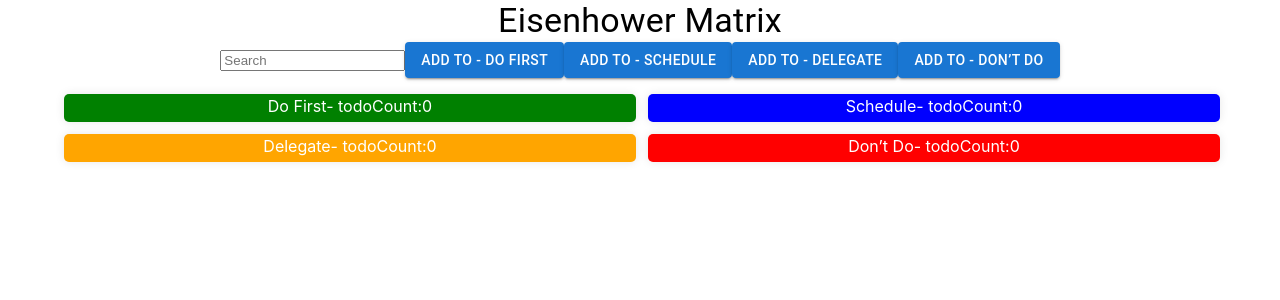
Repository: GokulDev4U/Krixi_react_assignment
Page: /
An editor plug-in stored every save of this project. The page is shown before and after the next save, followed by the edit.
The browser window is 1280 px wide. The pictures show the whole page.
The project was rebuilt for these pictures with package versions that can differ from the ones it lists, and the page was loaded fresh each time.

Above is the page before, as saved 2022-04-04 16:12:36.

### src/App.js
import React, { useState } from "react";
import { Container, Grid, Button, Typography } from "@mui/material";
import Card from "./Components/card/Card";
import { useDispatch } from "react-redux";
import { addDoFirst } from "./features/todo/todoSlice";
import { addSchedule } from "./features/todo/todoScheduleSlice";
import { addDelegate } from "./features/todo/todoDelegateSlice";
import { addDontDo } from "./features/todo/todoDontDoSlice";
import "./App.css";

function App() {
  const dispatch = useDispatch();
  const [todo, setTodo] = useState("");
  let finalTodo = todo;
  const handleChange = (e) => {
    setTodo(e.target.value);
  };
  const handleDoFirstButtonClick = (e) => {
    e.preventDefault();
    e.stopPropagation();
    dispatch(addDoFirst(finalTodo));
    setTodo("");
  };
  const handleScheduleButtonClick = (e) => {
    e.preventDefault();
    e.stopPropagation();
    dispatch(addSchedule(finalTodo));
    setTodo("");
  };
  const handleDelegateButtonClick = (e) => {
    e.preventDefault();
    e.stopPropagation();
    dispatch(addDelegate(finalTodo));
    setTodo("");
  };
  const handleDontDoButtonClick = (e) => {
    e.preventDefault();
    e.stopPropagation();
    dispatch(addDontDo(finalTodo));
    setTodo("");
  };
  return (
    <div className="App">
      <Container sx={{ flexGrow: 1 }}>
        <Typography variant="h4">Eisenhower Matrix</Typography>
        <Grid container spacing={2}>
          <Grid item xs={12}>
            <input
              type="text"
              placeholder="Search"
              value={todo}
              onChange={handleChange}
            />
            <Button
              variant="contained"
              color="primary"
              onClick={handleDoFirstButtonClick}
            >
              Add to - do first
            </Button>
            <Button
              variant="contained"
              color="primary"
              onClick={handleScheduleButtonClick}
            >
              Add to - Schedule
            </Button>
            <Button
              variant="contained"
              color="primary"
              onClick={handleDelegateButtonClick}
            >
              Add to - Delegate
            </Button>
            <Button
              variant="contained"
              color="primary"
              onClick={handleDontDoButtonClick}
            >
              Add to - Don’t Do
            </Button>
          </Grid>
          <Grid item xs={6}>
            <Card color="green" title="Do First" flag="doFirst" />
          </Grid>
          <Grid item xs={6}>
            <Card color="blue" title="Schedule" flag="schedule" />
          </Grid>
          <Grid item xs={6}>
            <Card color="orange" title="Delegate" flag="delegate" />
          </Grid>
          <Grid item xs={6}>
            <Card color="red" title="Don’t Do" flag="dontDo" />
          </Grid>
        </Grid>
      </Container>
    </div>
  );
}

export default App;

### src/app/store.js
import { configureStore } from "@reduxjs/toolkit";
import todoReducer from "../features/todo/todoSlice";
import todoScheduleReducer from "../features/todo/todoScheduleSlice";
import todoDelegateReducer from "../features/todo/todoDelegateSlice";
import todoDontDoReducer from "../features/todo/todoDontDoSlice";

export const store = configureStore({
  reducer: {
    todo: todoReducer,
    todoSchedule: todoScheduleReducer,
    todoDelegate: todoDelegateReducer,
    todoDontDo: todoDontDoReducer,
  },
});

### src/Components/card/Card.jsx
import React from 'react';
import { useSelector } from 'react-redux';
import { selectTodoDoFirst } from '../../features/todo/todoSlice';
import { selectTodoSchedule } from '../../features/todo/todoScheduleSlice';
import { selectTodoDelegate } from '../../features/todo/todoDelegateSlice';
import { selectTodoDontDo } from '../../features/todo/todoDontDoSlice';
import EditIcon from '@mui/icons-material/Edit';
import DeleteIcon from '@mui/icons-material/Delete';
import './Card.css';

const Card = ({ color, title, flag }) => {
  const todosDoFirst = useSelector(selectTodoDoFirst);
  const todosSchedule = useSelector(selectTodoSchedule);
  const todosDelegate = useSelector(selectTodoDelegate);
  const todosDontDo = useSelector(selectTodoDontDo);

  let todosDoFirstLength = todosDoFirst.length;
  let todosScheduleLength = todosSchedule.length;
  let todosDelegateLength = todosDelegate.length;
  let todosDontDoLength = todosDontDo.length;

  return (
    <div className='box' style={{ backgroundColor: `${color}` }}>
      <div className="card-title">
        {`${title}- todoCount:${(flag === "doFirst" && todosDoFirstLength) || (flag === "schedule" && todosScheduleLength) || todosDelegateLength || todosDontDoLength}`}
      </div>
      <div className="card-content">
        {flag === "doFirst" && todosDoFirst?.map((todo, index) => (
          <div key={index}>
            {todo}
          </div>
        ))}
        {flag === "schedule" && todosSchedule && todosSchedule?.map((todo, index) => (
          <div key={index}>
            {todo}
          </div>
        ))}
        {flag === "delegate" && todosDelegate && todosDelegate?.map((todo, index) => (
          <div key={index}>
            {todo}
          </div>
        ))}
        {flag === "dontDo" && todosDontDo && todosDontDo?.map((todo, index) => (
          <div key={index}>
            {todo}
          </div>
        ))}
      </div>
    </div>
  );
};

export default Card;

### src/features/todo/todoSlice.jsx
import { createSlice } from "@reduxjs/toolkit";

const initialState = {
    doFirst: [],
    // schedule: [],
    // delegate: [],
    // dontDo: [],
};

export const todoSlice = createSlice({
    name: "todo",
    initialState,
    reducers: {
        addDoFirst: (state, action) => {
            state.doFirst.push(action.payload);
        },
        // addSchedule: (state, action) => {
        //     state.schedule.push(action.payload);
        // },
        // addDelegate: (state, action) => {
        //     state.delegate.push(action.payload);
        // },
        // addDontDo: (state, action) => {
        //     state.dontDo.push(action.payload);
        // },
        remove: (state) => {
            // state.value -= 1;
        },
        edit: (state, action) => {
            // state.value += action.payload;
        },
    },
});

export const { addDoFirst, addDelegate, addSchedule, addDontDo, remove, edit } = todoSlice.actions;

export const selectTodoDoFirst = (state) => state.todo.doFirst;
// export const selectTodoSchedule = (state) => state.todo.schedule;
// export const selectTodoDelegate = (state) => state.todo.delegate;
// export const selectTodoDontDo = (state) => state.todo.dontDo;

export default todoSlice.reducer;

### src/features/todo/todoScheduleSlice.jsx
import { createSlice } from "@reduxjs/toolkit";

const initialState = {
    schedule: [],
};

export const todoScheduleSlice = createSlice({
    name: "todoSchedule",
    initialState,
    reducers: {
        addSchedule: (state, action) => {
            state.schedule.push(action.payload);
        },
        remove: (state) => {

        },
        edit: (state, action) => {

        },
    },
});

export const { addSchedule, remove, edit } = todoScheduleSlice.actions;

export const selectTodoSchedule = (state) => state.todoSchedule.schedule;

export default todoScheduleSlice.reducer;

### src/features/todo/todoDelegateSlice.jsx
import { createSlice } from "@reduxjs/toolkit";

const initialState = {
    delegate: [],
};

export const todoDelegateSlice = createSlice({
    name: "todoDelegate",
    initialState,
    reducers: {
        addDelegate: (state, action) => {
            state.delegate.push(action.payload);
        },
        remove: (state) => {

        },
        edit: (state, action) => {

        },
    },
});

export const { addDelegate, remove, edit } = todoDelegateSlice.actions;

export const selectTodoDelegate = (state) => state.todoDelegate.delegate;

export default todoDelegateSlice.reducer;

### src/features/todo/todoDontDoSlice.jsx
import { createSlice } from "@reduxjs/toolkit";

const initialState = {
    dontDo: [],
};

export const todoDontDoSlice = createSlice({
    name: "todoDontDo",
    initialState,
    reducers: {
        addDontDo: (state, action) => {
            state.dontDo.push(action.payload);
        },
        remove: (state) => {

        },
        edit: (state, action) => {

        },
    },
});

export const { addDontDo, remove, edit } = todoDontDoSlice.actions;

export const selectTodoDontDo = (state) => state.todoDontDo.dontDo;

export default todoDontDoSlice.reducer;

### src/Components/card/Card.css
 .box{
    width: 100%;
    height: 100%;
    color: #fff;
    border-radius: 5px;
    box-shadow: 0 0 10px rgba(0,0,0,0.1);
    overflow: hidden;
    cursor: pointer;
    padding: 2px;
 }

Loaded but not shown: public/index.html (common file); src/index.js (common file); src/index.css (common file); src/serviceWorker.js (common file); src/App.css (common file)

After the next save:
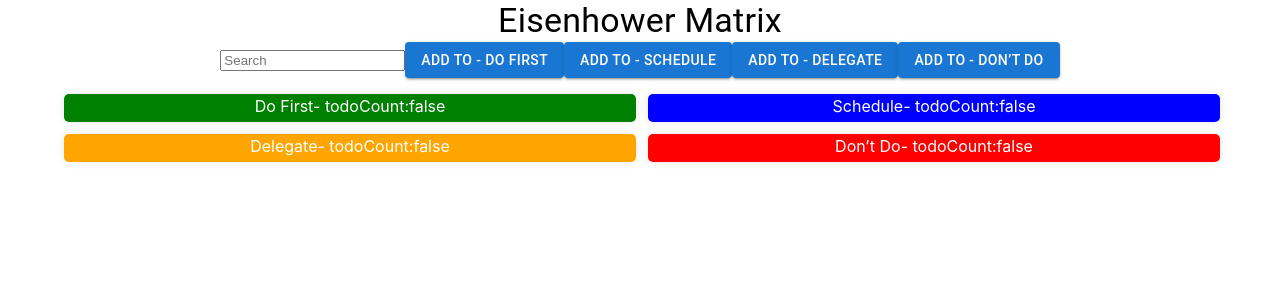
Saved 46 s later.
--- a/src/Components/card/Card.jsx
+++ b/src/Components/card/Card.jsx
@@ -22,7 +22,7 @@ const Card = ({ color, title, flag }) => {
   return (
     <div className='box' style={{ backgroundColor: `${color}` }}>
       <div className="card-title">
-        {`${title}- todoCount:${(flag === "doFirst" && todosDoFirstLength) || (flag === "schedule" && todosScheduleLength) || todosDelegateLength || todosDontDoLength}`}
+        {`${title}- todoCount:${(flag === "doFirst" && todosDoFirstLength) || (flag === "schedule" && todosScheduleLength) || (flag === "" && todosDelegateLength) || (flag === "" && todosDontDoLength)}`}
       </div>
       <div className="card-content">
         {flag === "doFirst" && todosDoFirst?.map((todo, index) => (
